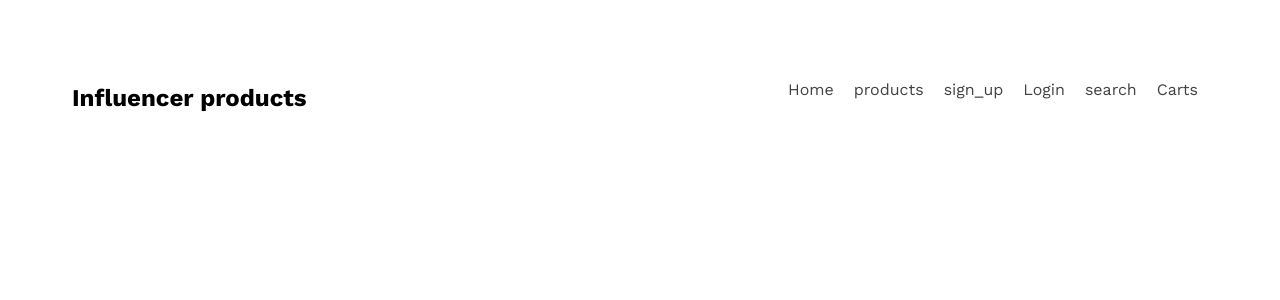
Repository: RudrasahaDibos/Camera-gear
Page: index.html
The author's editor kept a copy of each file at every save. The page is drawn from the files as they stood at one save, then again after the next save.
The browser window is 1280 px wide. The pictures show the whole page.

Above is the page before, as saved 2024-10-08 14:10:11.

After the next save:
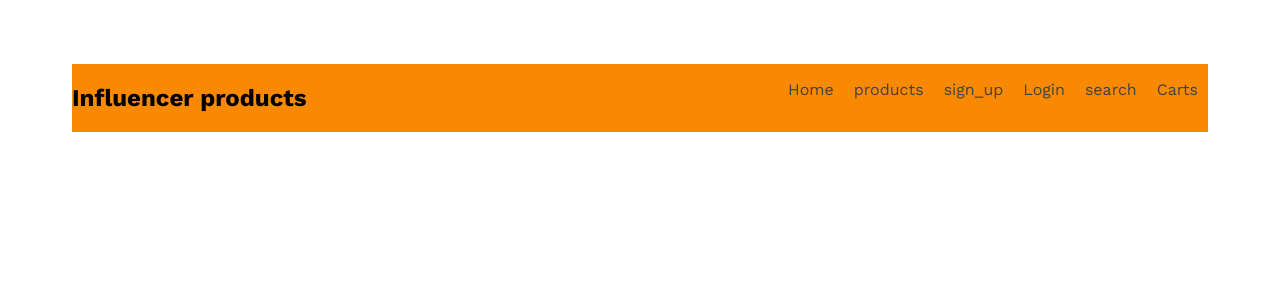
Saved 8 s later.
--- a/style.css
+++ b/style.css
@@ -16,7 +16,7 @@
     display: flex;
     justify-content: space-between;
     margin: 4rem;
-    background-color: ;
+    background-color: rgb(248, 137, 0);
 
 }
 .Influencer-header-button{

After the 2 saves that followed:
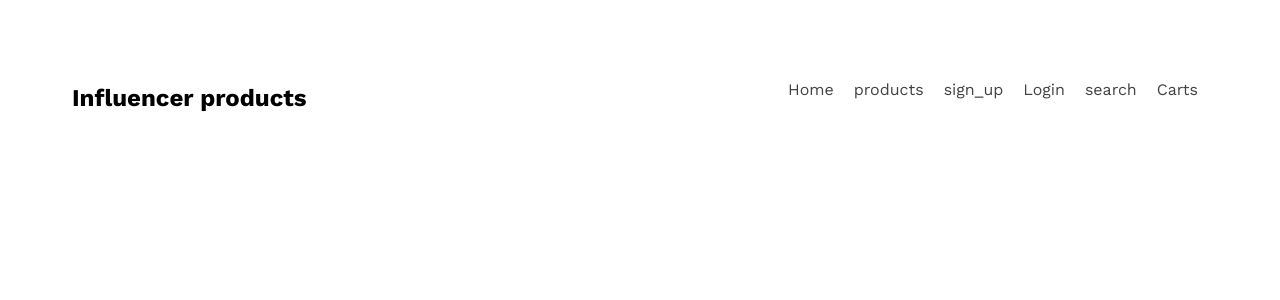
The 2 saves are shown as one change because they came seconds apart.
The last was saved 24 s later.
--- a/style.css
+++ b/style.css
@@ -12,11 +12,12 @@
 
 
 /* header */
+
 .Influencer-header{
     display: flex;
     justify-content: space-between;
     margin: 4rem;
-    background-color: rgb(248, 137, 0);
+
 
 }
 .Influencer-header-button{
